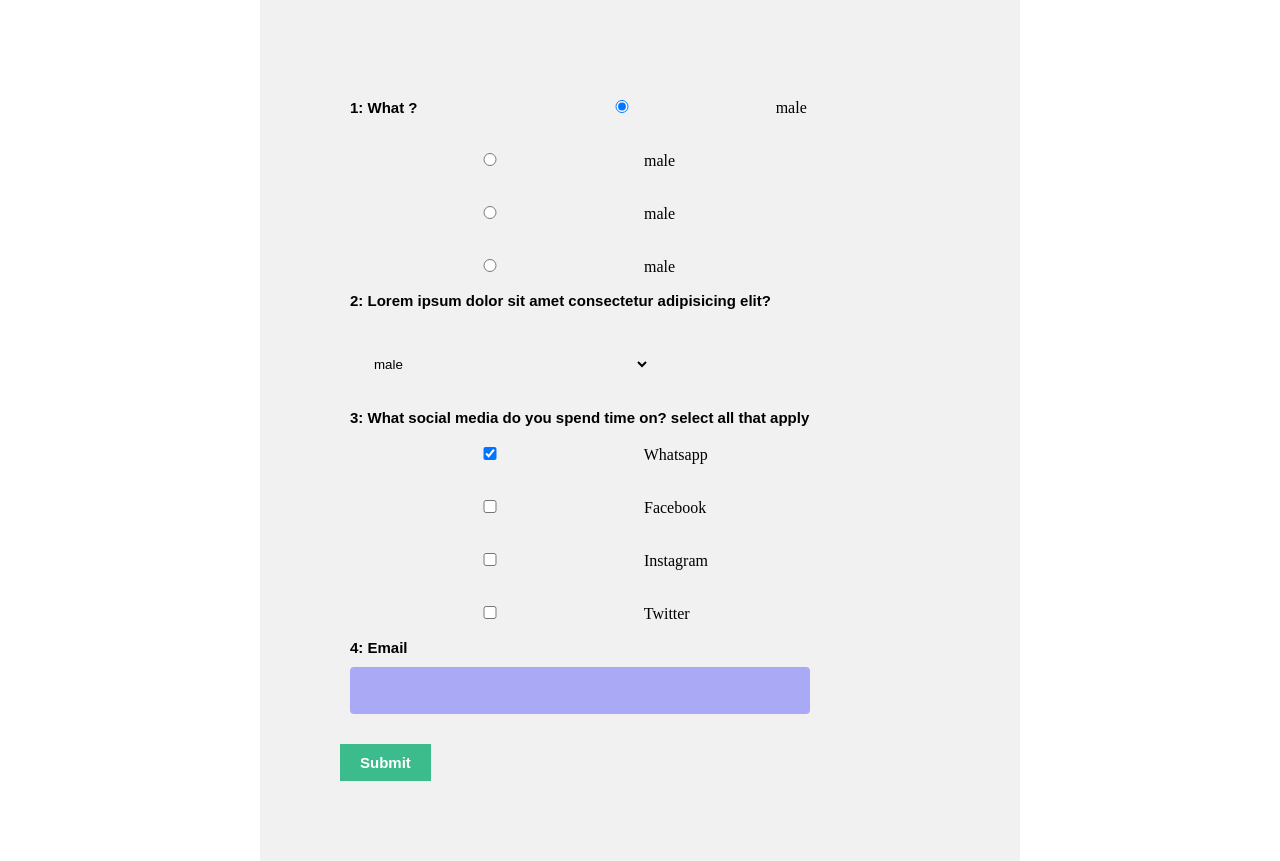
Repository: Grace229/Hasob-form
Page: index.html
An editor plug-in stored every save of this project. The page is shown before and after the next save, followed by the edit.
The browser window is 1280 px wide. The pictures show the whole page.

Above is the page before, as saved 2020-12-27 21:08:46.

### index.html
<!DOCTYPE html>
<html lang="en">
<head>
    <meta charset="UTF-8">
    <meta name="viewport" content="width=device-width, initial-scale=1.0">
    <title>Document</title>
    <link rel="stylesheet" href="style.css">
</head>
<body>
    <form>
        <!-- radio button -->
        <div>
            <label class="question" for="">1: What ? </label>
                <input type="radio" name="gender" value="male" class="input" checked>
                <label> male</label>
                <input type="radio" name="gender" value="male" class="input">
                <label> male</label>
                <input type="radio" name="gender" value="male" class="input">
                <label> male</label>
                <input type="radio" name="gender" value="male" class="input">
                <label> male</label>

        </div>
        <!-- dropdown -->
        <div>
            <label  class="question" for="">2: Lorem ipsum dolor sit amet consectetur adipisicing elit? </label>
               <select name="grace" id="input">
                   <option value="male" class="check">
                    <label> male</label>
                   </option>
                   <option value="male" class="check">
                    <label> male</label>
                   </option>
                   <option value="male" class="check">
                    <label> male</label>
                   </option>
                   <option value="male" class="check">
                    <label> male</label>
                   </option>
               </select>
        </div>
        <!-- checkboxes -->
           <div>
            <label  class="question" for="">3: What social media do you spend time on? select all that apply</label>
               <input type="checkbox" name="gender" value="male" class="input" checked>
               <label> Whatsapp</label>
                <input type="checkbox" name="gender" value="male" class="input">
                <label> Facebook</label>
                <input type="checkbox" name="gender" value="male" class="input">
                <label> Instagram</label>
                <input type="checkbox" name="gender" value="male" class="input">
                <label> Twitter</label>
        </div>
        <!-- textbox -->
        <div>
            <label  class="question" for=""> 4: Email</label>
            <input type="email" name="email" id="email">
        </div>

        <div>
          <button class="btn"> Submit </button>
        </div>
   </form>
</body>
</html>

### style.css
*{
    padding: 0;
    margin: 0;
}
.question{
    font-size: 15px;
    font-weight: bold;
    font-family: sans-serif;
    margin: 10px 50px 10px 10px;
}

.input{
    width: 50%;
    margin: 20px 0px 20px 0px;
    cursor: pointer;

}
.check{
    border: solid 1px black;
}
#input{
    width: 50%;
    margin: 30px 10px 20px 10px;
    border: none;
}
select{
    border: 1px  solid black;
    background-color:#f1f1f1;
    padding: 16px 20px;
    border-radius: 4px;
}
option{
    border: 1px solid black;
    font-size:  15px;
}
form{
    width: 600px;
    margin: auto;
    background-color: #f1f1f1;
    padding: 80px;
}
#email{
    width: 70%;
    margin: 10px 10px 30px 10px;
    border: none;
    background-color: rgb(169, 169, 245);
    padding: 16px 20px;
    border-radius: 4px;
    cursor: pointer;
}
#email:focus{
    background-color: #ffffff;
    font-size: 20px;

}
.btn{
    cursor: pointer;
    display: inline-block;
    border: 0;
    font-weight: bold;
    padding: 10px 20px;
    background: #3CBC8D;
    color: #fff;
    font-size: 15px;
}

.btn:hover{
opacity: 0.9;
}

After the next save:
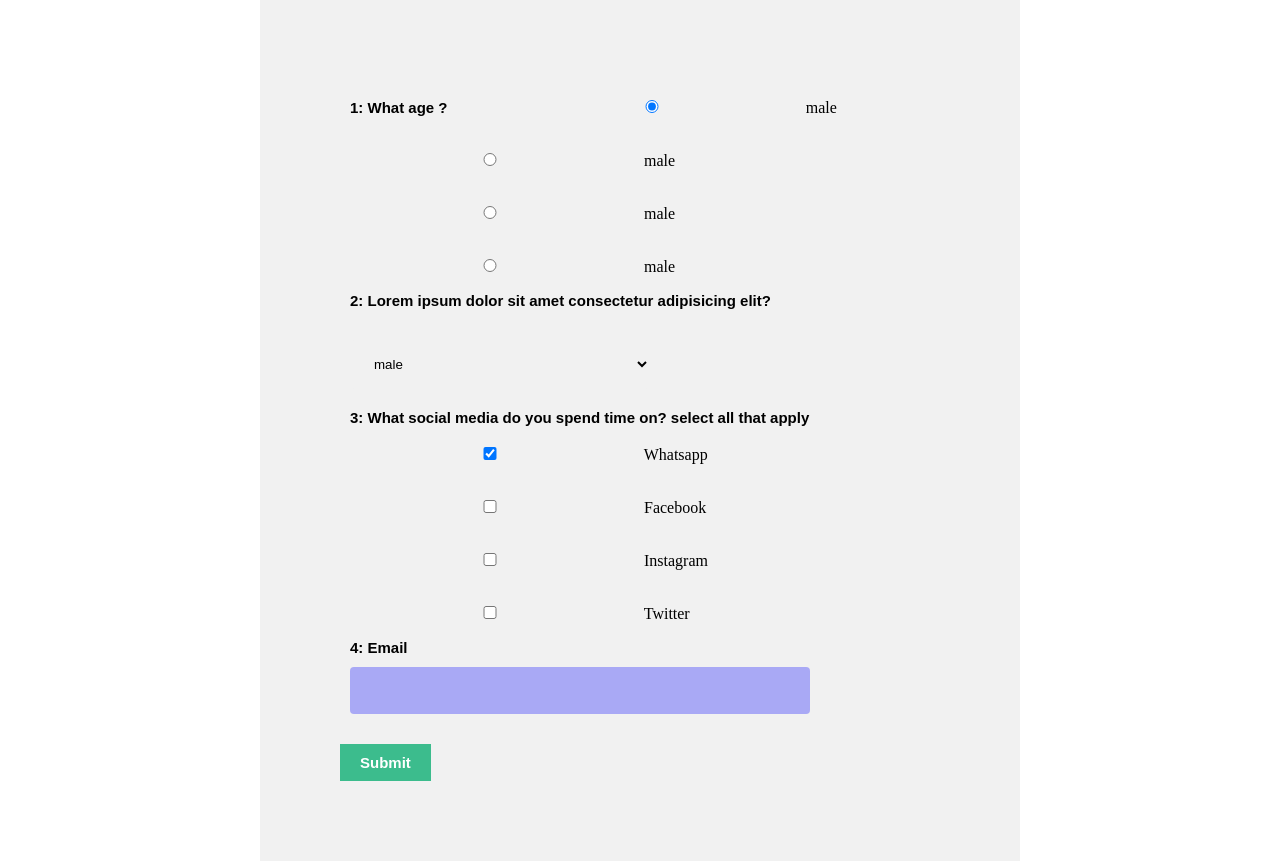
Saved 5 s later.
--- a/index.html
+++ b/index.html
@@ -10,7 +10,7 @@
     <form>
         <!-- radio button -->
         <div>
-            <label class="question" for="">1: What ? </label>
+            <label class="question" for="">1: What age ? </label>
                 <input type="radio" name="gender" value="male" class="input" checked>
                 <label> male</label>
                 <input type="radio" name="gender" value="male" class="input">
